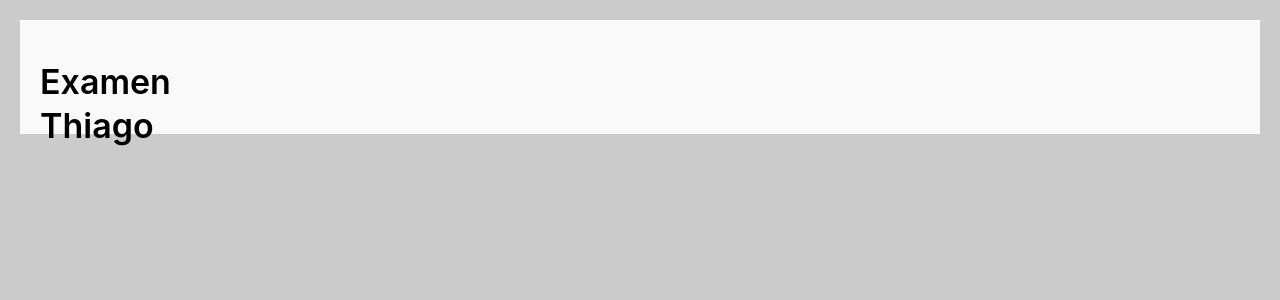
Repository: thiagobal1891-sudo/vue-ecommerce
Page: /#/thiago
The author's editor kept a copy of each file at every save. The page is drawn from the files as they stood at one save, then again after the next save.
The browser window is 1280 px wide. The pictures show the whole page.
The page's requests for data from a server got no answer. The project was rebuilt for these pictures with package versions that can differ from the ones it lists, and the page was loaded fresh each time. No one was signed in, and anything a server would have sent is missing. Also part of the build but not shown: vue.config.js, src/components/ProductList.vue, src/components/CollectionsVue.vue, src/components/BrandsVue.vue, src/pages/HomePage.vue, src/pages/ErrorPage.vue, src/pages/CategoryPage.vue, src/pages/MyCartPage.vue and 7 more.

Above is the page before, as saved 2025-09-22 14:35:21.

### public/index.html
<!DOCTYPE html>
<html lang="en">
  <head>
    <meta charset="utf-8" />
    <title>Mi App Vue</title>
  </head>
  <body>
    <div id="app"></div>
    <!-- Vue montará la app aquí -->
  </body>
</html>

### src/App.vue
<template>
  <div class="app">

    <NavegadorVue v-if="$route.path !== '/thiago'" />

    <router-view />


    <FooterVue v-if="$route.path !== '/thiago'" />
  </div>
</template>


<script>

import FooterVue from './components/FooterVue.vue';
import NavegadorVue from './components/NavegadorVue.vue';



export default {
  name: 'App',
  components: {
    FooterVue,
    NavegadorVue
  }
}
</script>

<style>
*{
  margin: 0px;
  padding: 0px;
}
@font-face {
  font-family: Janna LT;
  src: url("./assets/janna-lt-regular.ttf");
  font-weight: bold;
}
@import url('https://fonts.googleapis.com/css2?family=Inter:ital,opsz,wght@0,14..32,100..900;1,14..32,100..900&display=swap');



.root{
  --color-primario: #E61620
}

#app {

  font-family: Avenir, Helvetica, Arial, sans-serif;
  -webkit-font-smoothing: antialiased;
  -moz-osx-font-smoothing: grayscale;
  text-align: center;
  color: #2c3e50;
}
h1{
  background-color: var(--color-primario);
  font-family: "Janna LT";
  font-weight: 700;
}

* {
      box-sizing: border-box;
    }

    body {
      margin: 0;
      font-family: 'Arial', sans-serif;
      padding: 20px;
      background-color: rgb(203, 203, 203);
    }
    .app{
      max-width: 1280px;
      width: 100%;
      margin: auto;
      background-color: white;
    }
</style>

### src/pages/MyordersPage.vue
<template>
  <div class="grid_contenido">
    <SidebarVue @changePage="page = $event" class="layout" />
    <div class="contenido_orden">
      <PersonalInfo v-if="page === 1" />
      <OrdenesID v-else-if="page === 2" />
      <CheckoutVue v-else-if="page === 3" />
    </div>
  </div>
</template>


<script>
import SidebarVue from "../components/SidebarVue.vue"
import PersonalInfo from "../components/PersonalInfo.vue"
import CheckoutVue from "../components/CheckoutVue.vue"
import OrdenesID from "@/components/OrdenesID.vue"

export default {
  components: { SidebarVue, PersonalInfo, CheckoutVue, OrdenesID },
  data() {
    return {
      page: 1
    }
  }
}
</script>

<style>

*{
  box-sizing: border-box;
  margin: 0;
  padding: 0;
}
.grid_contenido {
  display: grid;
  gap: 60px;
  grid-template-columns: 1fr;
  grid-template-areas:
    "layout"
    "contenido_orden";
}

.layout {
  grid-area: layout;
}

.contenido_orden {
  grid-area: contenido_orden;
}

@media (min-width: 600px) {
  .grid_contenido {
    grid-template-columns: 200px auto;
    grid-template-areas: "layout contenido_orden";
  }
}

@media (min-width: 900px) {
  .grid_contenido {
    grid-template-columns: 250px auto;
  }
}


</style>

### src/pages/ThiagoPage.vue
<template>
    <div>
    <ThiagoVue />
    </div>
</template>

<script>
import ThiagoVue from '@/components/ThiagoVue.vue';

export default {
    name: 'ThiagoPage',
    components: {
    ThiagoVue
    },
    data(){
    return{

    }
    }
    }
</script>

### src/components/FooterVue.vue

<template>
  <footer class="footer">

    <div class="footer-content desktop-footer">
      <div class="footer-columns">
        <div class="column">
          <h3>Shop by Category</h3>
          <ul>
            <li>Skincare</li>
            <li>Personal Care</li>
            <li>Handbags</li>
            <li>Apparels</li>
            <li>Watches</li>
            <li>Eye Wear</li>
            <li>Jewellery</li>
          </ul>
        </div>

        <div class="column">
          <h3>About</h3>
          <ul>
            <li>Contact Us</li>
            <li>About Us</li>
            <li>Careers</li>
            <li>Press</li>
          </ul>
        </div>

        <div class="column">
          <h3>Policy</h3>
          <ul>
            <li>Return Policy</li>
            <li>Terms of Use</li>
            <li>Sitemap</li>
            <li>Security</li>
            <li>Privacy</li>
            <li>EPR Compliance</li>
          </ul>
        </div>
      </div>

       <hr />

      <div class="footer-right">

        <div class="social-icons">
          <img src="../assets/redeslogo.png" alt="social-media">
          <i class="fab fa-facebook"></i>
          <i class="fab fa-instagram"></i>
          <i class="fab fa-twitter"></i>
          <i class="fab fa-youtube"></i>
        </div>

        <div class="location">
          <i class="fas fa-map-marker-alt"></i>
          <img src="../assets/location.png" alt="">
          United States
        </div>

        <div class="copyright">
          © 2021 | Cora Leviene All Rights Reserved
        </div>
      </div>
    </div>

  </footer>
</template>
<script>
export default {
  name: 'FooterVue',
  data() {
    return {

    };
  }
}
</script>




<style scoped>

.copyright {
  display: flex;
  text-align: left;
  color: #B6B6B6;
}

.footer-columns {
  display: flex;
  text-align: left;
}

.footer {
  background-color: #194b63;
  color: #c0d9dd;
  font-family: 'Inter', sans-serif;
  padding: 40px 24px;
  width: 100%;

}


.desktop-footer {
  display: flex;
  justify-content: space-between;
  flex-wrap: wrap;
}

.footer-columns {
  display: flex;
  gap: 48px;
}

.column h3 {
  color: #ffffff;
  margin-bottom: 10px;
  font-size: 17px;
}

.column ul {
  list-style: none;
  padding: 0;
  margin: 0;
}

.column li {
  margin-bottom: 8px;
  font-size: 15px;
}

.footer-right {
  display: flex;
  flex-direction: column;
  align-items: flex-end;
  gap: 12px;
  text-align: right;
}

.social-icons {
  display: flex;
  font-size: 20px;
}

.location {
  display: flex;
  align-items: center;
  gap: 6px;
  font-family: Inter;
  font-weight: 500;
  font-size: 14px;
  line-height: 18px;
  letter-spacing: 0%;
  color: #ffff;
}



.footer-section {
  margin-bottom: 24px;
}

.footer-section h3 {
  color: #ffffff;
  font-size: 16px;
  margin-bottom: 10px;
}

.footer-section ul {
  list-style: none;
  padding: 0;
  margin: 0;
}

.footer-section li {
  margin-bottom: 7px;
  font-size: 14px;
}

.inline-links {
  display: flex;
  flex-wrap: wrap;
  gap: 6px;
  font-size: 14px;
}
@media screen and (max-width: 768px) {
 hr {
  position: relative;
  right: 24px;
  width: 100vw;
  border: none;
  border-top: 1px solid #4d6e80;
  margin: 24px 0;
}
}
.footer-columns {
  flex-direction: column;
}
.footer-right{
  align-items: flex-start;
}
@media  screen and (min-width: 768px) {
  hr {
    display: none;
  }
}
@media (max-width: 400px) {
  .text {
    font-size: 14px;
  }
}
</style>

### src/components/NavegadorVue.vue
<template>
  <link rel="preconnect" href="https://fonts.googleapis.com">
  <link rel="preconnect" href="https://fonts.gstatic.com" crossorigin>
  <link href="https://fonts.googleapis.com/css2?family=Inter:ital,opsz,wght@0,14..32,100..900;1,14..32,100..900&display=swap" rel="stylesheet">

  <!-- BARRA DESKTOP -->
  <header class="NavegadorVue desktop-only">
    <div>
      <img id="logo" src="./../assets/logo.png" alt="Icon">
      <nav class="NavegadorVue__categories">
        <p>Handbags</p>
        <p>Watches</p>
        <p>Skincare</p>
        <p>Jewellery</p>
        <p>Apparels</p>
      </nav>
    </div>
    <div class="search-container">
      <input class="search" type="text" v-model="busqueda" placeholder="Buscar producto..." />
      <img class="search-icon" src="./../assets/search.png" alt="buscar">
      <div class="icons">
        <router-link to="/mycart">
          <img src="./../assets/icons.png" alt="icons">
          {{ count.quantity }}
        </router-link>

      </div>
    </div>
  </header>

  <header class="NavegadorVue-mobile-only">
    <nav class="nav-mobile">
  <div class="nav-left">
    <img src="./../assets/leading-icon.png" alt="menu">
    <p>Home</p>
  </div>
  <div class="nav-right">
    <img src="./../assets/trailing-icon.png" alt="icons-mobile">

  </div>
</nav>
  </header>

  <div class="text-header">
    <p>
      We are currently experiencing local customs clearance delays.
      For the latest updates, please check your order status
      <a href="./">here</a>
    </p>
  </div>
</template>

<script>

import { useCartStore } from '@/stores/cart';

export default {
  name: 'NavegadorVue',
  data() {
    return {
      busqueda: '',
      count: useCartStore()
    };
  }
};
</script>

<style>

@media screen and (max-width: 768px) {
  body {
    padding-top: 80px !important;
  }
}
.NavegadorVue {
  width: 100%;
  height: 80px;
  display: flex;
  align-items: center;
  justify-content: space-between;
  position: fixed;
  top: 0;
  left: 0;

  z-index: 1000;
  background: white;
}


.desktop-only {
  display: flex;
}
.nav-mobile p {
  width: 57px;
  height: 26px;
  opacity: 1;
  font-family: Inter;
  font-weight: 600;
  font-size: 20px;
  line-height: 26px;
  letter-spacing: 0%;
  vertical-align: middle;
  color: rgba(27, 75, 102, 1);
;

}
.nav-mobile {
  display: flex;
  justify-content: space-between;
  align-items: center;
  padding: 0 16px;
  height: 60px;
  width: 100%;
  position: fixed;
  top: 0;
  left: 0;
  background: white;
  z-index: 1000;
  margin-top: 20px;
}

.nav-left {
  display: flex;
  align-items: center;
  gap: 20px;
}

.nav-right {
  display: flex;
  align-items: center;
  margin-right: 20px;
}

.NavegadorVue-mobile-only {
  display: none !important;
}

@media screen and (max-width: 768px) {
  .desktop-only {
    display: none !important;
  }
}
@media screen and (max-width: 768px) {
  .text-header {
    display: none !important;
  }
}
  .mobile-only {
    display: flex !important;
    height: 60px;
    justify-content: space-between;
    align-items: center;
    padding: 0 16px;
    background-color: white;
    z-index: 1000;
  }
@media screen and (max-width: 768px) {
  .NavegadorVue-mobile-only {
    display: flex !important;
  }
}
.NavegadorVue div {
  display: flex;
  justify-content: space-around;
  align-items: center;
  gap: 30px;
}
.NavegadorVue {
  position: relative;
  width: 100%;
  height: 80px;
  display: flex;
  align-items: center;
  margin-inline: 10px;
  justify-content: space-between;

}
.NavegadorVue header{

  display: flex;
  position: fixed;
  top: 0;
  left: 0;
  width: 100%;
  z-index: 1000;

}
.search-container  {
  display: inline-flex;
  align-items: center;
  position: relative;
  margin-right: inherit;

}
.search-container input {
  width: 500px;
  height: 44px;


}

#logo {
width: 108px;
height: 22px;
top: 29px;
left: 20px;


}
.NavegadorVue__categories {
  display: flex;
  width: 391;
  height: 18;
  top: 31px;
  left: 160px;
  gap: 20px;
  font-weight: bold;

}

.search-container {
  position: relative;
  width: 500px;
  height: 44px;
}

.search {
  width: 100%;
  height: 100%;
  border-radius: 4px;
  background: #F1F1F1;
  border: none;
  padding-left: 40px; /* espacio para el ícono */
  font-size: 14px;
}

.search-icon {
  position: absolute;
  top: 10px;
  left: 10px;
  width: 24px;
  height: 24px;
  pointer-events: none;
}
#icons {
  width: 114px;
height: 24px;
top: 28px;
left: 1148px;
}
.text-header {

  position: relative;

  width: 100%;
  height: 50px;

  font-family: "Inter", sans-serif;
  font-style: normal;
  font-weight: 400;
  font-size: 14px;
  line-height: 18px;

  display: flex;
  align-items: center;
  text-align: center;
  justify-content: center;

  color: #171520;
  background-color: #F1F1F1;
}


.text-header a {
  color: darkblue;


}

</style>

### src/components/BannerFooter.vue
<template>
<div class="banner-grid">

    <div class="lifestyle-card">
      <h2>LIFESTYLE</h2>
      <h1>Makeup Accessories<br>from Top Brands</h1>
    </div>



      <div class="card skincare">
        <h3>Skincare<br>Essentials</h3>
        <div class="arrow">→</div>
      </div>

      <div class="card facepacks">
        <h4>Facepacks<br>& Peels</h4>
        <div class="arrow">→</div>
      </div>

  </div>

</template>

<script>

export default {
  name: 'BannerFooter',
  components: {

  },
  data() {
    return {
    }
  }
}

</script>

<style>
    * {
      box-sizing: border-box;
    }

    body {
      margin: auto;
      font-family: 'Arial', sans-serif;
      padding: 20px;
    }

    .banner-grid {
      display: grid;
          grid-template:
                  "lifeStyle lifeStyle" 400px

                  "skincare   facepacks"  228px

                  /1fr    1fr    ;
      gap: 20px;
      max-width: 1200px;
      margin: 10px 30px;
    }

    .card:hover,
    .lifestyle-card:hover {
  filter: brightness(0.8);
  transform: scale(1.05);
  transition: filter 0.3s ease;
  cursor: pointer;
}

    .lifestyle-card {
      background-image: url('https://images.unsplash.com/photo-1526045478516-99145907023c?auto=format&fit=crop&w=1200&q=80');
      background-size: cover;
      background-position: center;
      border-radius: 20px;
      padding: 60px 40px;
      display: flex;
      flex-direction: column;
      justify-content: center;
      grid-area: lifeStyle;
    }

    .lifestyle-card h2 {
  width: 154px;
  height: 20px;
  left: 59px;
  top: 1999px;
  font-family: 'Inter', sans-serif;
  font-style: normal;
  font-weight: 400;
  font-size: 30px;
  line-height: 20px;
  display: flex;
  align-items: center;
  color: #97451F;


    }

    .lifestyle-card h1 {
  width: 618px;
  height: 136px;
  left: 59px;
  top: 2038px;
  font-family: 'Inter', sans-serif;
  font-style: normal;
  font-weight: 700;
  font-size: 52px;
  line-height: 68px;
  display: flex;
  align-items: center;
  color: #97451F;


    }


    .card {
      border-radius: 20px;
      padding: 30px;
      color: #fff;
      background-size: cover;
      background-position: center;
      position: relative;
      min-height: 200px;
      display: flex;
      align-items: center;
      justify-content: flex-start;
    }



    .card h3 {
  width: 309px;
  height: 104px;
  font-family: 'Inter', sans-serif;
  font-weight: 700;
  font-size: 40px;
  text-align: right;
  color: #A53F64;
        position: absolute;
      right: 30px;
    }

.card h4 {
  width: 232px;
  height: 104px;
  font-family: 'Inter',sans-serif;
  font-weight: 700;
  font-size: 40px;
  text-align: right;
  color: #1B4B66;
        position: absolute;
      right: 30px;
}

    .card .arrow {
      position: absolute;
      bottom: 20px;
      right: 20px;
      background: rgba(255, 255, 255, 0.9);
      border-radius: 50%;
      padding: 10px;
      font-size: 20px;
      color: #000;
      z-index: 2;
    }

    .card .arrow:hover {
    transform: scale(1.2);
    transition: 0.5s;
}

    .skincare {
      background-image: url('https://media-cldnry.s-nbcnews.com/image/upload/t_fit-1000w,f_avif,q_auto:eco,dpr_2/rockcms/2024-01/240117-staff-skin-care-routines-social-2c85d8.jpg');
      grid-area: skincare;
    }

    .facepacks {
      background-image: url('https://shipcartecommerce.com/cdn/shop/collections/877f03da31ad8bb130dde99698f7d3ec.jpg?v=1748635689');
      grid-area: facepacks;
    }

    @media (max-width: 768px) {
      .lifestyle-card h1 {
        font-size: 28px;
      }

      .card h3 {
        font-size: 20px;
      }

      .card h4 {
        font-size: 20px;
      }
    }
</style>

### src/components/PageCarrito.vue
<template>
  <div class="page">
      <div class="head_cart">
    <a href="#">Home</a>
    <span>›</span>
    <span>my cart</span>

  </div>
  <h2 class="titulo_cart">My cart</h2>
    <div class="carrito">
      <div class="items">
        <div class="item" v-for="producto in productos.cart" :key="producto.id">
          <img :src="producto.image" alt="" />
          <div class="info">
            <b>{{ producto.category }}</b>
            {{ producto.title }}<br />
            <input
              type="number"
              min="1"
              v-model.number="producto.quantity"
              @change="productos.modificarCantidad(producto.id, producto.quantity)"
            />
            {{ producto.quantity }}<br />
            <a href="#" class="move">Move to Wishlist</a>
            <button class="remove" @click="productos.quitar(producto.id)">Remove</button>
          </div>

          <div class="rightCols">
            <div class="pricecarrito">${{ producto.price.toFixed(2) }}</div>
            <div class="cantidad">{{ producto.quantity }}</div>
            <div class="subtotal">${{ (producto.price * producto.quantity).toFixed(2) }}</div>
          </div>
        </div>
      </div>

      <div class="total">
        <h3>Order Summary</h3>
        <div class="line"><span>Sub Total</span><span>$119.69</span></div>
        <div class="line"><span>Discount</span><span>-$13.40</span></div>
        <div class="line"><span>Delivery Fee</span><span>$0.00</span></div>
        <div class="line grand"><span>Grand Total</span><span>$106.29</span></div>

        <div class="buttons">
          <button class="place">Place Order</button>
          <button class="continue">Continue Shopping</button>
        </div>
      </div>

      <div class="cupones">
        <label class="cupon-texto">Apply Coupon Code</label>
        <div class="cupon-box">
          <input type="text" placeholder="Apply Coupon Code" />
          <button>CHECK</button>
        </div>
      </div>
    </div>
  </div>
</template>

<script>
import { useCartStore } from '@/stores/cart'

export default {
  name: 'PageCarrito',
  data() {
    return {
      productos: useCartStore()
    }
  }
}
</script>

<style>
* { box-sizing: border-box;
  margin: 0;
  padding: 20; }

.page {
  padding: 20px;
}
.carrito {
  display: grid;
  gap: 24px;
  grid-template-columns: 1fr;
  grid-template-areas:
    "items"
    "total"
    "cupones";
  max-width: 1120px;
  margin: 24px auto;
  width: 100%;
  align-items: start;
}




.items { grid-area: items; }
.total { grid-area: total; align-self: start; }
.cupones { grid-area: cupones; align-self: start; }

.head_cart a {
  font-family: 'Inter', sans-serif;
  font-weight: 500;
  font-size: 16px;
  color: #1B4B66;
  border-color: white;
}

.head_cart span {
  margin: 0 5px;
  font-family: 'Inter', sans-serif;
  font-weight: 500;
  font-size: 16px;
  color: #626262;
}

.head_cart {
  text-align: left;
  bottom: 80px;
}





.item {
  display: flex;
  gap: 16px;
  border-bottom: 1px solid #e0e0e0;
  padding: 12px 0;
  align-items: center;
}

.item img {
  width: 80px;
  height: 80px;
  object-fit: cover;
  border-radius: 6px;
}


.info {
  flex: 1;
  color: #626262;
}
.info b { display: block; margin-bottom: 6px; color: #171520; }
.info .move { margin-right: 10px; font-size: 14px; color: #1B4B66; text-decoration: none; }
.info .remove { background: none; border: none; color: #B00020; cursor: pointer; }


.rightCols {
  display: flex;
  gap: 20px;
  align-items: center;
  justify-content: flex-end;
  min-width: 220px;
  flex-shrink: 0;
}

.pricecarrito, .cantidad, .subtotal {
  width: 80px;
  text-align: right;
  color: #171520;
}


.titulo_cart {
  text-align: left;
  width: 132px;
  font-family: 'Inter';
  font-style: normal;
  font-weight: 600;
  font-size: 34px;
  color: #1B4B66;
  margin: 20px auto 10px 0;
}

.total h3 {
  margin: 0 0 10px 0;
  padding-bottom: 8px;
  border-bottom: 1px solid #ccc;
  color: #171520;
}
.total .line {
  display: flex;
  justify-content: space-between;
  margin: 8px 0;
  color: #171520;
}
.total .grand { font-weight: 700; }

.buttons {
  margin-top: 18px;
  display: flex;
  gap: 14px;
}
.buttons button { padding: 10px 14px; border-radius: 6px; cursor: pointer; }
.place { background: #1B4B66; color: white; border: none; }
.continue { background: white; color: #1B4B66; border: 2px solid #1B4B66; }


.cupones { padding: 12px;
  width: 580px;;
}
.cupon-texto {
  margin-bottom: 8px;
  font-weight: 500;
  color: #171520;
  border-bottom: 1px solid #ccc;
  }
.cupon-box {
  display: flex;
  align-items: center;
  background: #f2f2f2;
  border-radius: 5px;
  max-width: 400px;
  overflow: hidden;
}
.cupon-box input { border: none; background: transparent; padding: 12px; flex: 1; outline: none; }
.cupon-box button { background: transparent; border: none; font-weight: 700; padding: 12px 16px; cursor: pointer; }

@media (min-width: 1100px) {
  .carrito {
    grid-template-columns: 1fr 360px;
    grid-template-areas:
      "items total"
      "cupones cupones";
  }
}

@media (max-width: 950px) {
  .carrito,
  .items,
  .total,
  .cupones {
    max-width: 212px;
    width: 100%;
    margin: 0 auto;
  }

    .item {
    max-width: 212px;
    width: 100%;
    margin: 0 auto;
    flex-wrap: wrap;
  }
}
</style>

### src/components/ThiagoVue.vue
<template>
  <div class="contenedor">
    <h2>Examen Thiago</h2>
    <ul class="todo-list">
  <li
  v-for="todo in todos"
  :key="todo.id"
  :class="{ completed: todo.completed }">
  <span><strong>{{ todo.id }}</strong> - {{ todo.title }}</span>
  <span class="status">
    {{ todo.completed ? "✔ Completada" : "⏳ Pendiente" }}
  </span>
  </li>
    </ul>
  </div>
</template>

<script>
export default {
  name: "ExamenThiago",
  data() {
    return {
      todos: []
    }
  },
  mounted() {
    fetch("https://jsonplaceholder.typicode.com/todos")
      .then(res => res.json())
      .then(data => {
        this.todos = data
      })
  }
}
</script>

<style>
.contenedor {
  padding: 20px;
  background: #f9f9f9;
  border-radius: 6px;
  font-family: Arial, sans-serif;
}

.contenedor h2 {
  text-align: left;
  font-size: 34px;
  color: black;
  margin: 20px auto 10px 0;;
}

.todo-list {
  list-style: none;
  padding: 0;
}

.todo-list li {
  display: flex;
  justify-content: space-between;
  align-items: center;
  padding: 10px;
  margin-bottom: 6px;
  border-radius: 5px;
  background: #ffe0e0;
}

.todo-list li.completed {
  background: #d4ffd4;
}

.status {
  font-size: 12px;
  padding: 3px 8px;
  border-radius: 4px;
  background: #555;
  color: #fff;
}
</style>

Loaded but not shown: src/stores/cart.js (85 lines, source omitted); src/main.js (47 lines, source omitted); src/components/ProductPageVue.vue (601 lines, source omitted)

After the next save:
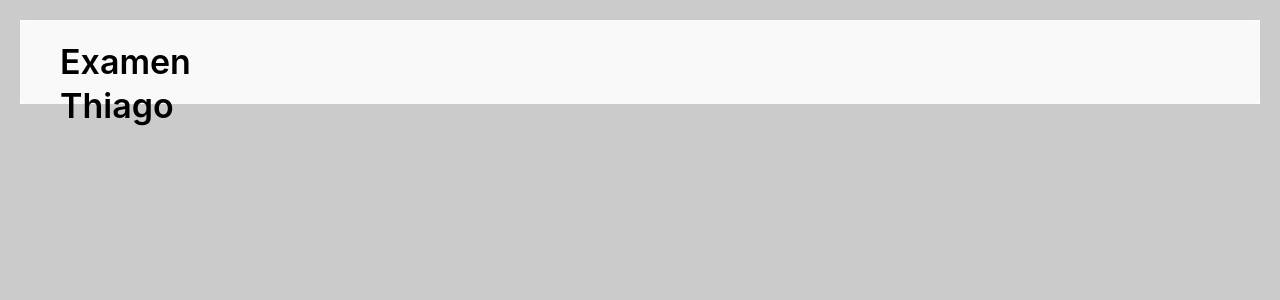
Saved 38 s later.
--- a/src/components/ThiagoVue.vue
+++ b/src/components/ThiagoVue.vue
@@ -45,7 +45,7 @@ export default {
   text-align: left;
   font-size: 34px;
   color: black;
-  margin: 20px auto 10px 0;;
+  margin: auto 20px;
 }
 
 .todo-list {
